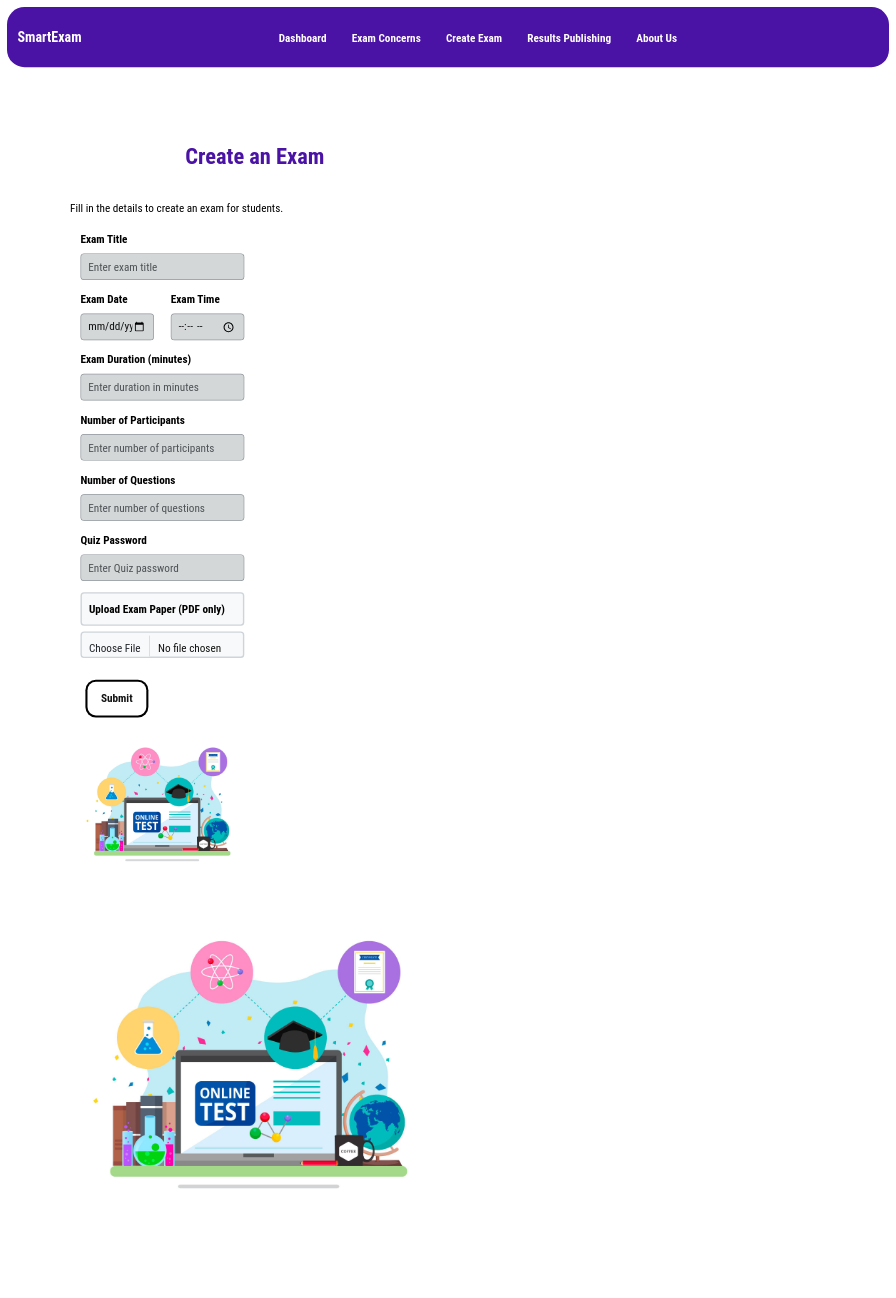
Repository: DissanayakeDA/Registration-web-app
Page: http://localhost/Online-Exam-Management-Web-App/examForm.jsp
The author's editor kept a copy of each file at every save. The page is drawn from the files as they stood at one save, then again after the next save.
The browser window is 1280 px wide. The pictures show the whole page, at 70% of full size.
Some web fonts or font styles are not loaded; a fallback is used. The page is served by Tomcat 9.

Above is the page before, as saved 2024-10-20 06:44:16.

After the next save:
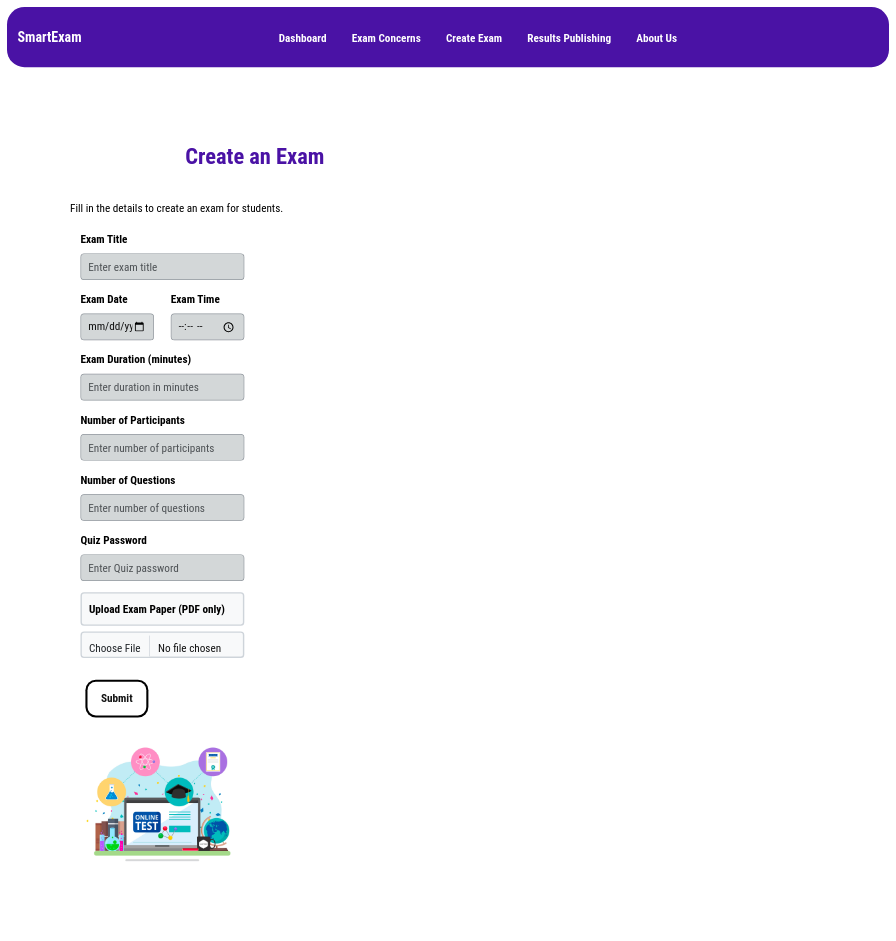
Saved 39 s later.
--- a/Online-Exam-Management-Web-App/src/main/webapp/examForm.jsp
+++ b/Online-Exam-Management-Web-App/src/main/webapp/examForm.jsp
@@ -285,13 +285,13 @@
             </div>
 
       </form>
-        </div>-->
+        </div>
 
         <div class="col-md-6 image-container">
           <img src="images/exam.jpg" alt="Exam Image" class="img-fluid" />
         </div>
       </div>
-    </div>
+    </div>-->
 
 
 
